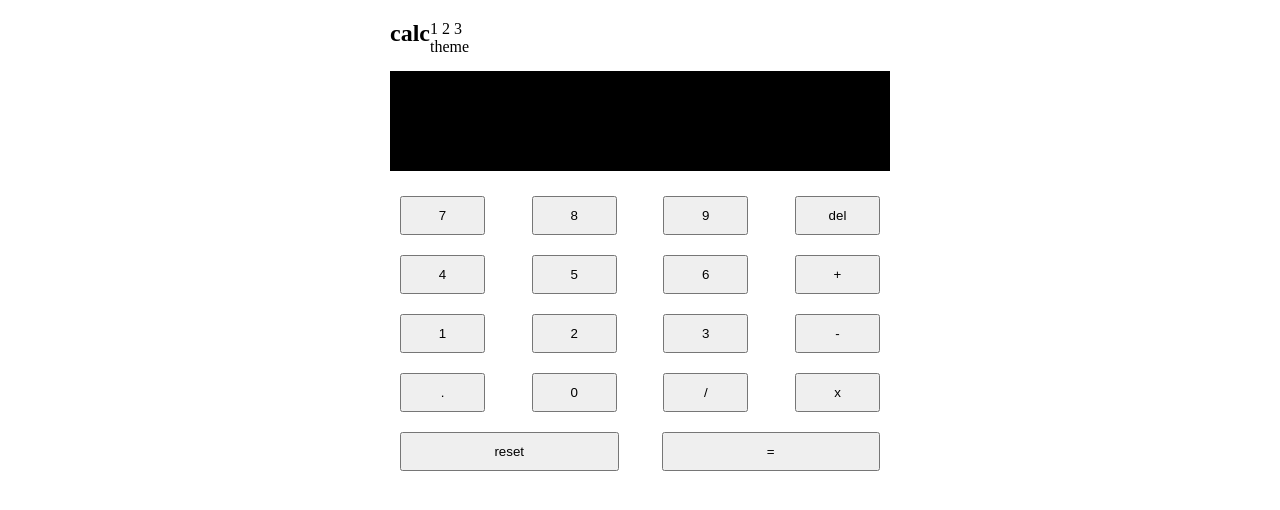
Repository: Eugene44-hub/basic-calculator
Page: index.html
The author's editor kept a copy of each file at every save. The page is drawn from the files as they stood at one save, then again after the next save.
The browser window is 1280 px wide. The pictures show the whole page.

Above is the page before, as saved 2021-10-02 02:50:39.
Console error: SyntaxError: Unexpected end of input

### index.html
<!DOCTYPE html>
<html lang="en">

<head>
    <link rel="stylesheet" href="style.css">
    <meta charset="UTF-8">
    <meta http-equiv="X-UA-Compatible" content="IE=edge">
    <meta name="viewport" content="width=device-width, initial-scale=1.0">
    <title>Document</title>
</head>

<body>
    <div class="cal-container">

        <div class="theme">
            <h2>calc
            </h2>
            <div class="theme-number">
                <div class="number-toggle">
                    <span id="one">1</span>
                    <span id="two">2</span>
                    <span id="three">3</span>

                    <div class="toggle">
                        <p>theme</p>
                        <div class="bar"></div>

                    </div>
                </div>
            </div>
        </div>
        <div class="output">

        </div>
        <div class="buttons">
            <button id="number-button">7</button>
            <button id="number-button">8</button>
            <button id="number-button">9</button>
            <button id="del-button">del</button>
            <button id="number-button">4</button>
            <button id="number-button">5</button>
            <button id="number-button">6</button>
            <button id="addition-button">+</button>
            <button id="number-button">1</button>
            <button id="number-button">2</button>
            <button id="number-button">3</button>
            <button id="minus-button">-</button>
            <button id="dot-button">.</button>
            <button id="number-button">0</button>
            <button id="division-button">/</button>
            <button id="multiply-button">x</button>
            <button id="reset-button">reset</button>
            <button id="equals-button">=</button>
        </div>
    </div>

    <script src="app.js"></script>
</body>

</html>

### style.css
* {
    padding: 0;
    margin: 0;
    box-sizing: border-box;
}

body {
    display: flex;
    height: 500px;
}

.theme {
    display: flex;
    flex-wrap: wrap;
}

h2,
.toggle {}

span {
    flex: 30%;
}

.cal-container {
    margin: auto;
    width: 500px;
}

.buttons {
    display: flex;
    flex-wrap: wrap;
    justify-content: space-between;
}

button {
    flex-basis: 17%;
    padding: 10px;
    margin: 10px;
}

#reset-button,
#equals-button {
    flex-basis: 43.7%
}

.output {
    height: 100px;
    background-color: black;
    margin: 15px 0
}

Loaded but not shown: app.js (common file)

After the next save:
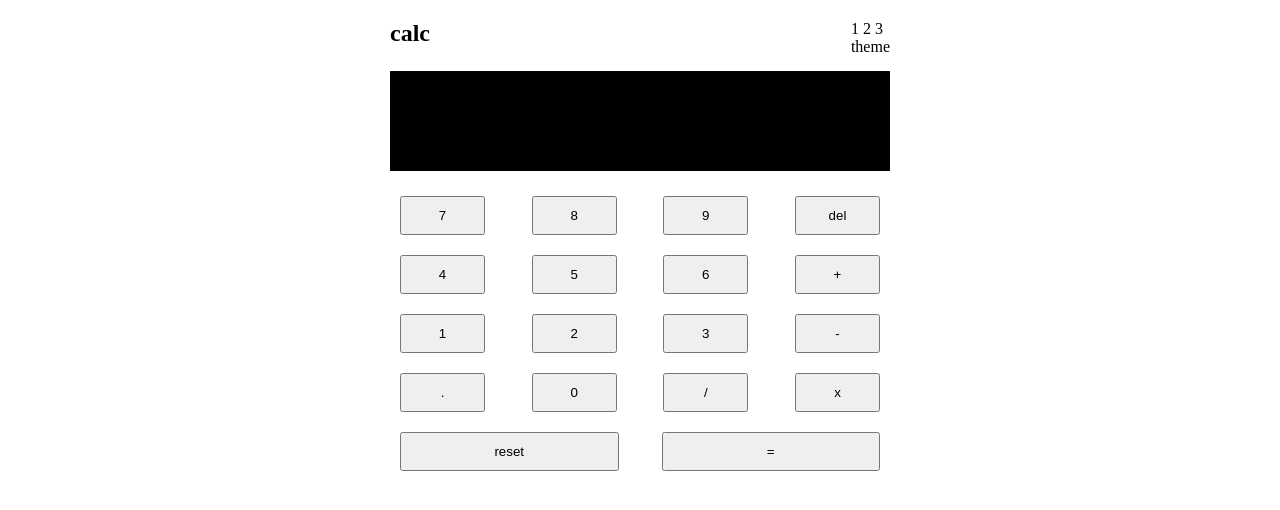
Saved 6 s later.
--- a/style.css
+++ b/style.css
@@ -15,7 +15,9 @@ body {
 }
 
 h2,
-.toggle {}
+.toggle {
+    flex: 1;
+}
 
 span {
     flex: 30%;
